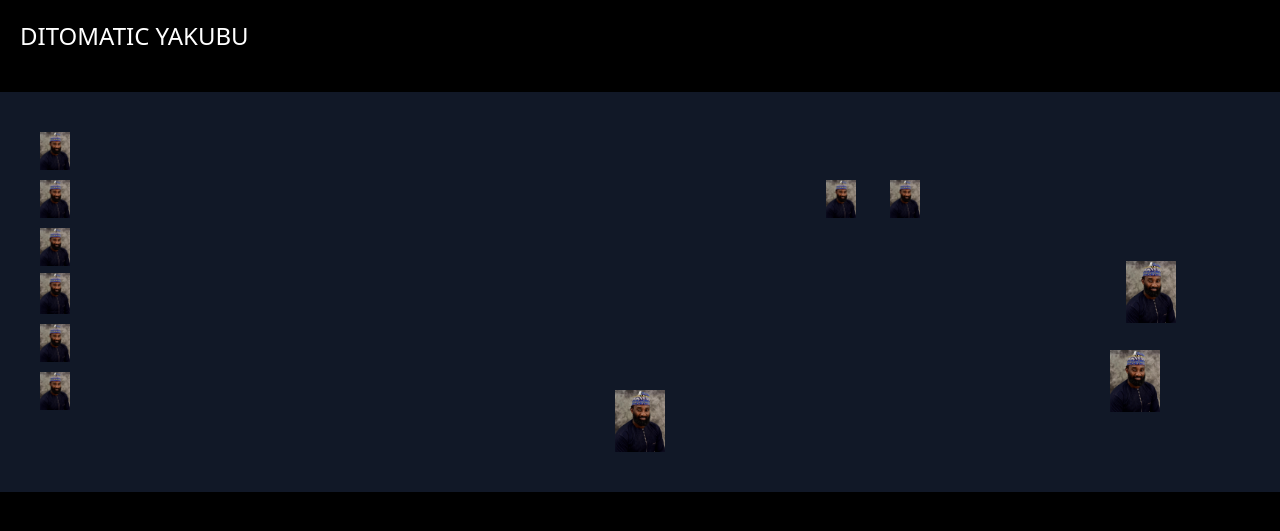
Repository: latenightsnacc/Ditomatic-Demo
Page: home.html
The author's editor kept a copy of each file at every save. The page is drawn from the files as they stood at one save, then again after the next save.
The browser window is 1280 px wide. The pictures show the whole page.
Some web libraries are served in a nearby version.

Above is the page before, as saved 2021-02-24 11:45:48.

After the next save:
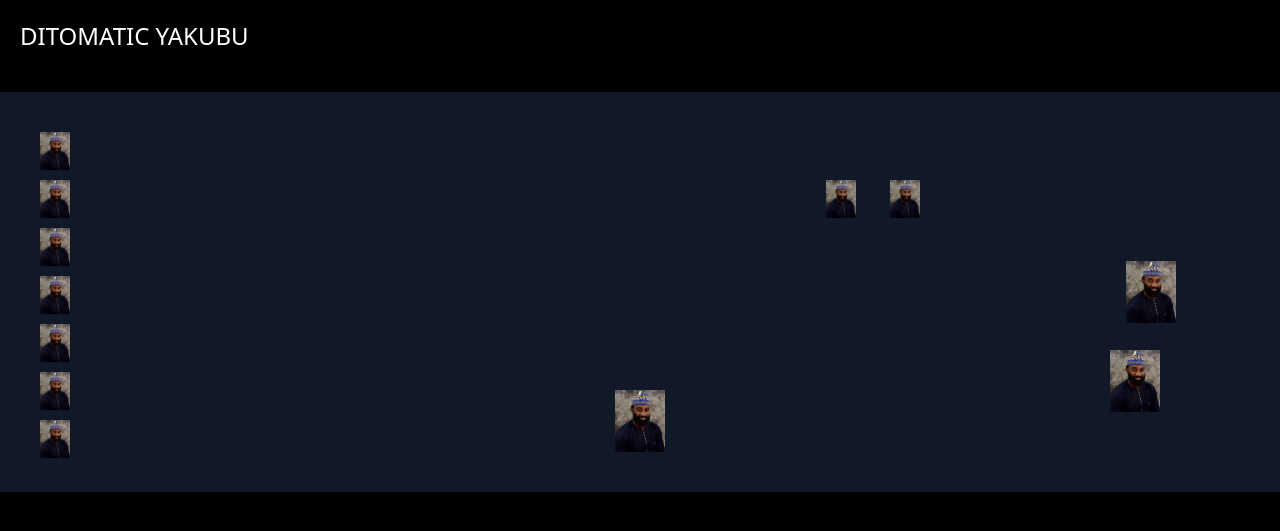
Saved 9 s later.
--- a/home.html
+++ b/home.html
@@ -44,7 +44,7 @@
                 <div class="absolute left-0 top-60">
                     <img src="images/malePortrait.jpg" width="30px">
                 </div>
-                <div class="absolute left-0 top-70">
+                <div class="absolute left-0 top-72">
                     <img src="images/malePortrait.jpg" width="30px">
                 </div>
                 <div class="absolute right-80 top-12">
